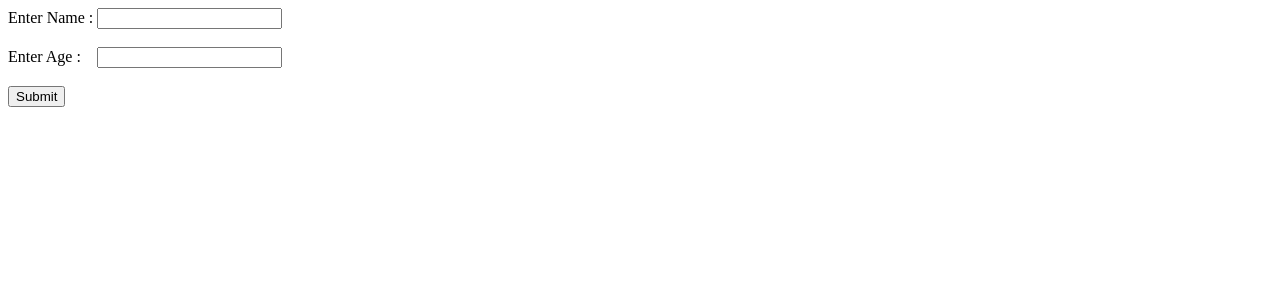
Repository: shafraz17/Servlet
Page: http://localhost/SemLab4/register.jsp
These files come from the project's save history. The page is drawn as it stood at one moment and after the next save; the edit follows.
The browser window is 1280 px wide. The pictures show the whole page.
The page is served by Tomcat 9. Other server files are loaded and not shown.

Above is the page before, as saved 2019-01-19 05:09:42.

### JSP LAB/SemLab4/WebContent/register.jsp
<%@ page language="java" contentType="text/html; charset=ISO-8859-1"
    pageEncoding="ISO-8859-1"%>
<!DOCTYPE html PUBLIC "-//W3C//DTD HTML 4.01 Transitional//EN" "http://www.w3.org/TR/html4/loose.dtd">
<html>
<head>
<meta http-equiv="Content-Type" content="text/html; charset=ISO-8859-1">
<title>Register User</title>
</head>
<body>
	<form action = "MyServlet" method="get">
		Enter Name : <input type="text" name="username"><br><br>
		Enter Age  : &nbsp;&nbsp;&nbsp;<input type="text" name="age"><br>
		<br>
		<button type="submit" >Submit</button><br><br>


	</form>


</body>
</html>

After the next save:
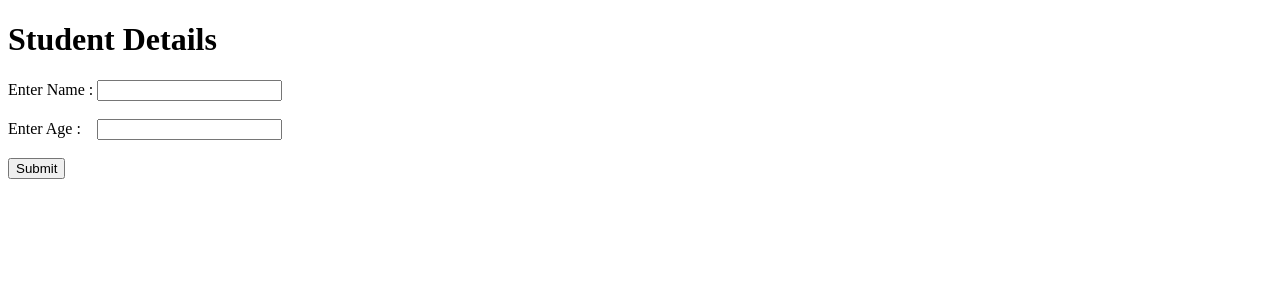
Saved 39 s later.
--- a/JSP LAB/SemLab4/WebContent/register.jsp
+++ b/JSP LAB/SemLab4/WebContent/register.jsp
@@ -4,9 +4,11 @@
 <html>
 <head>
 <meta http-equiv="Content-Type" content="text/html; charset=ISO-8859-1">
-<title>Register User</title>
+<title>Registration</title>
 </head>
 <body>
+
+	<h1>Student Details</h1>
 	<form action = "MyServlet" method="get">
 		Enter Name : <input type="text" name="username"><br><br>
 		Enter Age  : &nbsp;&nbsp;&nbsp;<input type="text" name="age"><br>
